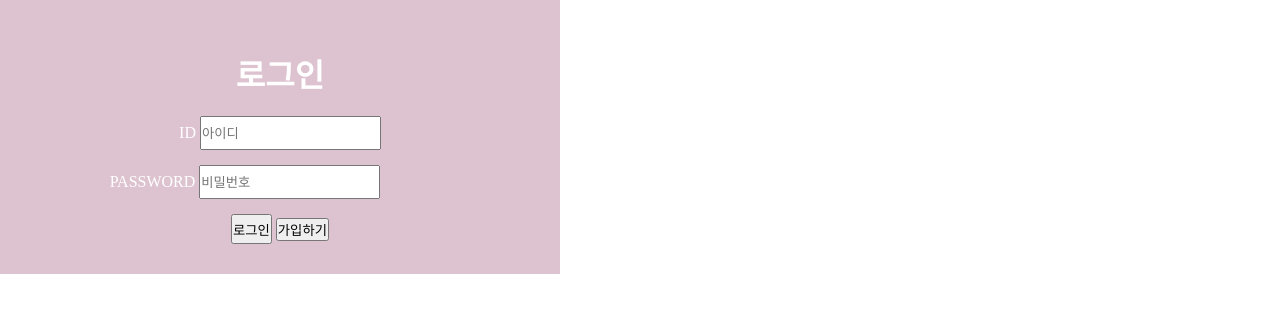
Repository: kayoyo/jsp
Page: http://localhost/BoardWeb_4/login
An editor plug-in stored every save of this project. The page is shown before and after the next save, followed by the edit.
The browser window is 1280 px wide. The pictures show the whole page.
The page is served by Tomcat 9. Other server files are loaded and not shown.

Above is the page before, as saved 2020-08-27 02:16:26.

### BoardWeb_4/WebContent/WEB-INF/jsp/user/login.jsp
<%@ page language="java" contentType="text/html; charset=UTF-8"
    pageEncoding="UTF-8"%>
<!DOCTYPE html>
<html>
<head>
<meta charset="UTF-8">
<style>
* { margin:0; padding: 0; }
 a {text-decoration:none; color: black;}
 .err {color: red;}
 #container {width: 500px; background-color: #ddc3d0; margin: 0; padding:30px; text-align:center;}
 h1 {margin: 20px; color: white;}
 .pw {margin-right: 70px;}
 .pw, .id {color: white; margin-bottom: 15px;}
 input {height : 30px;}

</style>
<title>로그인</title>
</head>
<body>
	<div id="container">
	<h1>로그인</h1>
	<div class="err">${msg}</div>
	<form action="/login" method="post" id="logFrom">
	<div class="id">ID
	<input type="text" name="user_id" placeholder="아이디" value="${data.user_id}"></div>
	<div class="pw">PASSWORD
	<input type="password" name="user_pw" placeholder="비밀번호"></div>
	<input type="submit" value="로그인">
	<a href="/join"><button>가입하기</button></a>
	</form>
	</div>
</body>
</html>

### BoardWeb_4/src/com/koreait/pjt/user/LoginSer.java
package com.koreait.pjt.user;

import java.io.IOException;
import javax.servlet.ServletException;
import javax.servlet.annotation.WebServlet;
import javax.servlet.http.HttpServlet;
import javax.servlet.http.HttpServletRequest;
import javax.servlet.http.HttpServletResponse;
import javax.servlet.http.HttpSession;

import com.koreait.pjt.Const;
import com.koreait.pjt.MyUtils;
import com.koreait.pjt.ViewResolver;
import com.koreait.pjt.db.UserDAO;
import com.koreait.pjt.vo.LoginHistroryVO;
import com.koreait.pjt.vo.UserVO;


@WebServlet("/login")
public class LoginSer extends HttpServlet {
	private static final long serialVersionUID = 1L;


	protected void doGet(HttpServletRequest request, HttpServletResponse response) throws ServletException, IOException {
		if(request.getRemoteAddr().equals("192.168.2.6")) {
			response.sendRedirect("/blockip");
		}

		ViewResolver.forword("user/login", request, response);
	}
	protected void doPost(HttpServletRequest request, HttpServletResponse response) throws ServletException, IOException {

		String user_id = request.getParameter("user_id");
		String user_pw = request.getParameter("user_pw");
		String encrypt_pw = MyUtils.encryptString(user_pw);

		UserVO param = new UserVO();
		param.setUser_id(user_id);
		param.setUser_pw(encrypt_pw);

		int result = UserDAO.login(param); //param의 주소값

		if(result !=1) {
			request.setAttribute("data", param);
			switch(result) {
			case 2 : request.setAttribute("msg", "비밀번호가 다릅니다");
			break;
			case 3 : request.setAttribute("msg", "아이디가 다릅니다");
			break;
			default : request.setAttribute("msg", "로그인을 실패했습니다");
			}
			param = null;
			doGet(request, response);
			return;
		}

		//로그인 히스토리 기록
		String agent = request.getHeader("User-Agent");
		System.out.println("agent : " + agent);
		String os = getOs(agent);
		String browser = getBrowser(agent);
		String ip_addr = request.getRemoteAddr();

		System.out.println("os : " + os);
		System.out.println("browser : " + browser);
		System.out.println("ip_addr : " + ip_addr);

		LoginHistroryVO ulhVO = new LoginHistroryVO();
		ulhVO.setI_user(param.getI_user());
		ulhVO.setOs(os);
		ulhVO.setIp_addr(ip_addr);
		ulhVO.setBrowser(browser);
		UserDAO.insUserLoginHistory(ulhVO);


		HttpSession hs = request.getSession();
		hs.setAttribute(Const.LOGIN_USER, param);

		System.out.println("로그인 성공");
		response.sendRedirect("/board/list");

	}
	private String getBrowser(String agent) {
		if(agent.toLowerCase().contains("msie")) {
			return "IE";
		} else if(agent.toLowerCase().contains("chrome")) {
			return "chrome";
		} else if(agent.toLowerCase().contains("safari")) {
			return "safari";
		}
		return "";
	}
	private String getOs(String agent) {

		if(agent.contains("mac")) {
			return "mac";
		} else if(agent.toLowerCase().contains("windows")) {
			return "windows";
		} else if(agent.toLowerCase().contains("x11")) {
			return "linux";
		} else if(agent.toLowerCase().contains("android")) {
			return "android";
		} else if(agent.toLowerCase().contains("iphone")) {
			return "ios";
		}
		return "";
	}

}

### BoardWeb_4/src/com/koreait/pjt/ViewResolver.java
package com.koreait.pjt;

import java.io.IOException;

import javax.servlet.ServletException;
import javax.servlet.http.HttpServlet;
import javax.servlet.http.HttpServletRequest;
import javax.servlet.http.HttpServletResponse;

public class ViewResolver {
	public static void forword(String fileNm, HttpServletRequest request, HttpServletResponse response) throws ServletException, IOException{
		String jsp = String.format("/WEB-INF/jsp/%s.jsp", fileNm);
		request.getRequestDispatcher(jsp).forward(request, response);

	}

	//로그인 체크
	public static void forwordLoginChk(String fileNm, HttpServletRequest request, HttpServletResponse response) throws ServletException, IOException {

		if(MyUtils.isLogout(request)) {
			response.sendRedirect("/login"); //로그인이 안되어 있을 때
			return;
		}
		ViewResolver.forword(fileNm, request, response);
	}

}

After the next save:
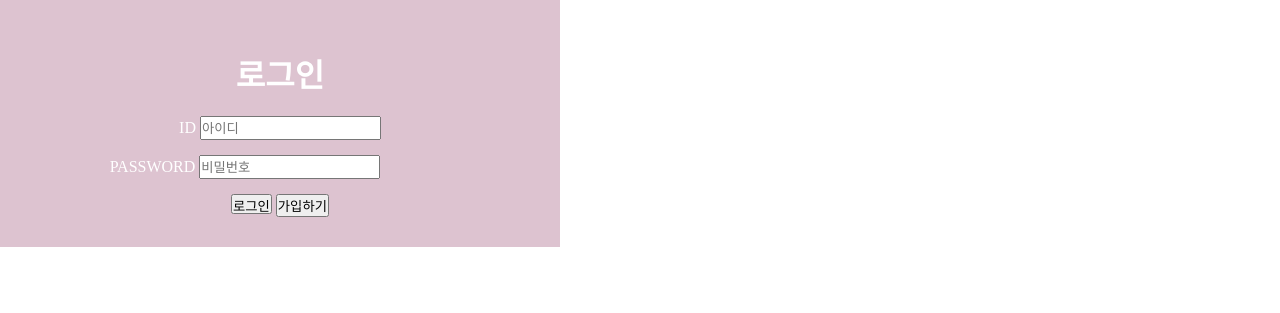
Saved 5 s later.
--- a/BoardWeb_4/WebContent/WEB-INF/jsp/user/login.jsp
+++ b/BoardWeb_4/WebContent/WEB-INF/jsp/user/login.jsp
@@ -12,7 +12,7 @@
  h1 {margin: 20px; color: white;}
  .pw {margin-right: 70px;}
  .pw, .id {color: white; margin-bottom: 15px;}
- input {height : 30px;}
+ input {height : 20px;}
 
 </style>
 <title>로그인</title>
